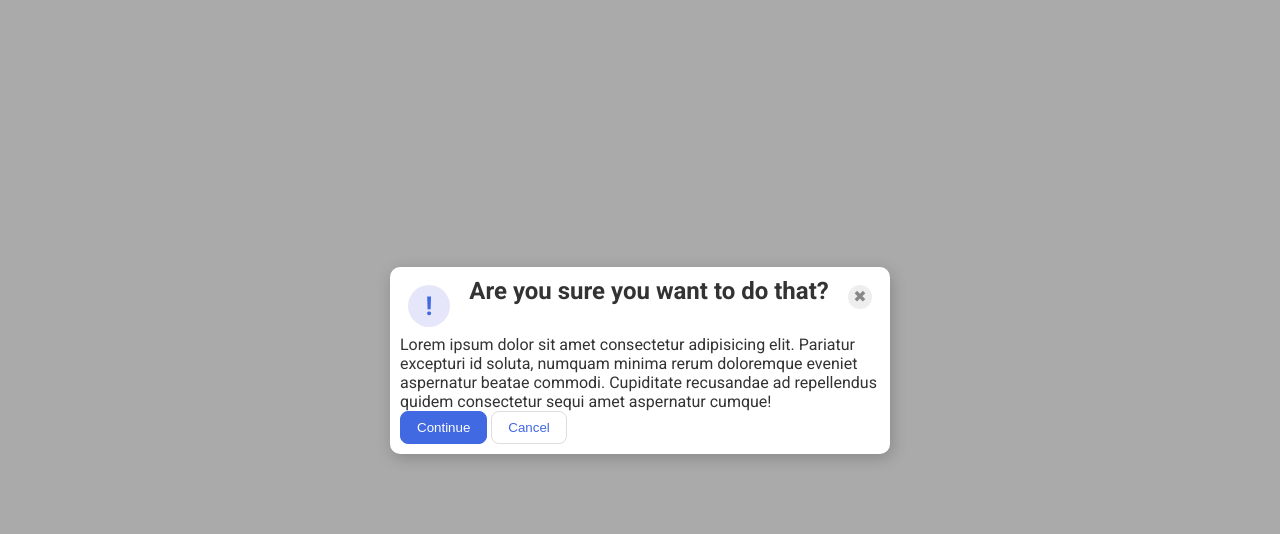
Repository: evemcd/odin_project
Page: 06-odin-css-flex/05-flex-modal/index.html
An editor plug-in stored every save of this project. The page is shown before and after the next save, followed by the edit.
The browser window is 1280 px wide. The pictures show the whole page.

Above is the page before, as saved 2022-02-03 09:53:11.

After the next save:
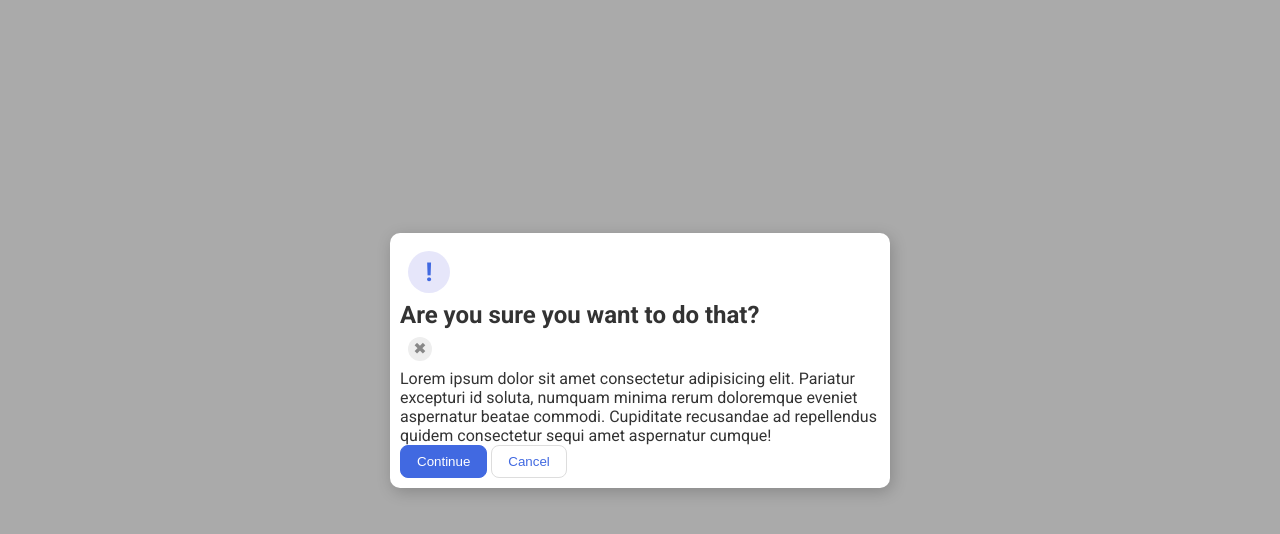
Saved 2 min 38 s later.
--- a/06-odin-css-flex/05-flex-modal/index.html
+++ b/06-odin-css-flex/05-flex-modal/index.html
@@ -11,18 +11,20 @@
 
 <body>
     <div class="modal">
-        <div class="yousure">
-            <div class="icon">!</div>
-            <div class="header">Are you sure you want to do that?</div>
-            <div class="close-button">✖</div>
+        <div class="icon">!</div>
+        <div class="container">
+            <div class="header">Are you sure you want to do that?
+                <div class="close-button">✖</div>
+            </div>
+            <div class="text">Lorem ipsum dolor sit amet consectetur adipisicing elit. Pariatur excepturi id soluta,
+                numquam
+                minima rerum doloremque eveniet aspernatur beatae commodi. Cupiditate recusandae ad repellendus quidem
+                consectetur sequi amet aspernatur cumque!</div>
+            <button class="continue">Continue</button>
+            <button class="cancel">Cancel</button>
         </div>
-        <div class="text">Lorem ipsum dolor sit amet consectetur adipisicing elit. Pariatur excepturi id soluta,
-            numquam
-            minima rerum doloremque eveniet aspernatur beatae commodi. Cupiditate recusandae ad repellendus quidem
-            consectetur sequi amet aspernatur cumque!</div>
-        <button class="continue">Continue</button>
-        <button class="cancel">Cancel</button>
     </div>
+
 </body>
 
 </html>
